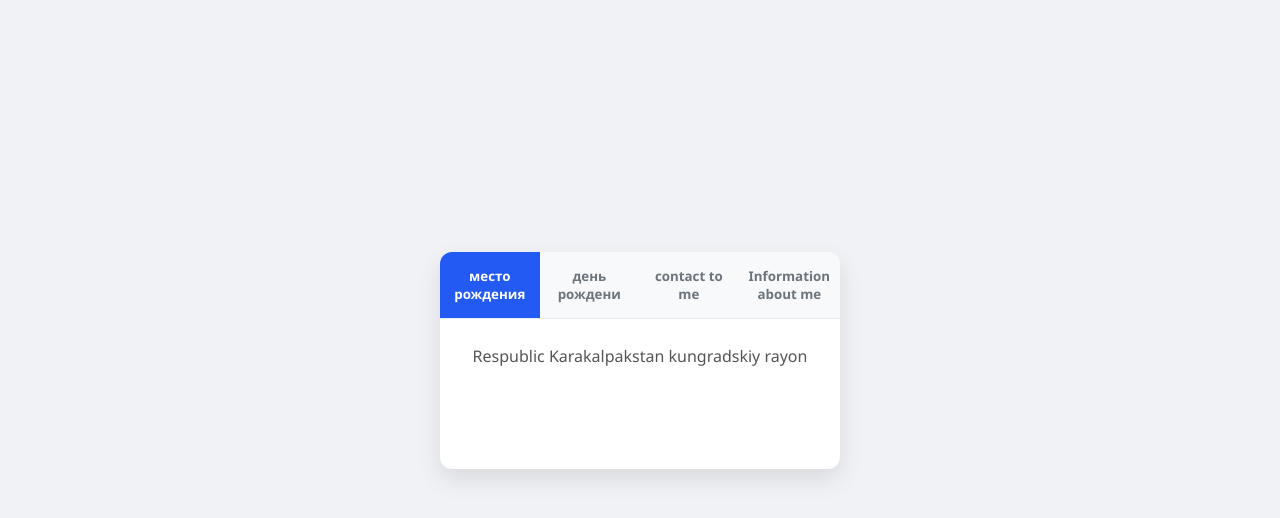
Repository: atamuratov777/info-about-me
Page: index.html
These files come from the project's save history. The page is drawn as it stood at one moment and after a run of saves; the edit follows.
The browser window is 1280 px wide. The pictures show the whole page.

Above is the page before, as saved 2026-06-20 15:07:26.

### index.html
<!DOCTYPE html>
<html lang="en">

<head>
    <link rel="stylesheet" href="./style.css">
    <meta charset="UTF-8">
    <meta name="viewport" content="width=device-width, initial-scale=1.0">
    <title>Document</title>
</head>

<body>

    <div class="card">
        <div class="card_top">
            <button class="btn active" onclick="{clickBtn(1)}">место рождения</button>
            <button class="btn " onclick="{clickBtn(2)}">день рождени</button>
            <button class="btn " onclick="{clickBtn(3)}">contact to me</button>
            <button class="btn " onclick="{clickBtn(4)}">Information about me</button>
        </div>


        <div class="card_bottom">
            <div class="text1 active">

                <p>Respubliс Karakalpakstan kungradskiy rayon</p>
            </div>

            <div class="text1">

                <p> 2011-15-May </p>
            </div>

            <div class="text1">

                <p> my-self(+998 91 098 87 11)
                    my-mom(+998 91 260 12 15)
                my-dad(+998 91 098 04 03)</p>
            </div>

            <div class="text1">

                <p> I study at school 53 and at the IT center.</p>
            </div>
        </div>

        <script src="./script.js"></script>
</body>

</html>

### style.css
* {
    margin: 0;
    padding: 0;
    box-sizing: border-box;
    font-family: 'Segoe UI', Tahoma, Geneva, Verdana, sans-serif;
}

body {
    background-color: #f0f2f5;
    display: flex;
    align-items: center;
    justify-content: center;
    height: 100vh;
}

.card {
    background-color: white;
    width: 400px;
    border-radius: 12px;
    box-shadow: 0 10px 25px rgba(0, 0, 0, 0.1);
    overflow: hidden;
}

.card_top {
    display: grid;
    grid-template-columns: repeat(4, 1fr);
    background-color: #f8f9fa;
    border-bottom: 1px solid #e9ecef;
}

.btn {
    border: none;
    background: none;
    padding: 15px 10px;
    cursor: pointer;
    font-weight: 600;
    color: #6c757d;
    transition: all 0.3s ease;
}

.btn.active {
    background-color: #225af3;
    color: white;
}

.btn:hover:not(.active) {
    background-color: #e9ecef;
}

.card_bottom {
    padding: 25px;
    min-height: 150px;
}

.text1 {
    display: none;
    animation: fadeIn 0.3s ease;
}

.text1.active {
    display: block;
}



.text1 p {
    color: #555;
    line-height: 1.6;
    text-align: center;
    text-shadow: ;
}

@keyframes fadeIn {
    from { opacity: 0; transform: translateY(10px); }
    to { opacity: 1; transform: translateY(0); }
}

### script.js
const btns = document.getElementsByClassName("btn")
const texts = document.getElementsByClassName("text1")

const clickBtn = function (e) {
    btns[0].classList.add("active")
    btns[1].classList.add("active")
    btns[2].classList.add("active")
    btns[3].classList.add("active")
    btns[0].classList.remove("active")
    btns[1].classList.remove("active")
    btns[2].classList.remove("active")
    btns[3].classList.remove("active")
    texts[0].classList.add("active")
    texts[1].classList.add("active")
    texts[2].classList.add("active")
    texts[3].classList.add("active")
    texts[0].classList.remove("active")
    texts[1].classList.remove("active")
    texts[2].classList.remove("active")
    texts[3].classList.remove("active")
    btns[e - 1].classList.add("active")
    texts[e - 1].classList.add("active")

}

After the next 3 saves:
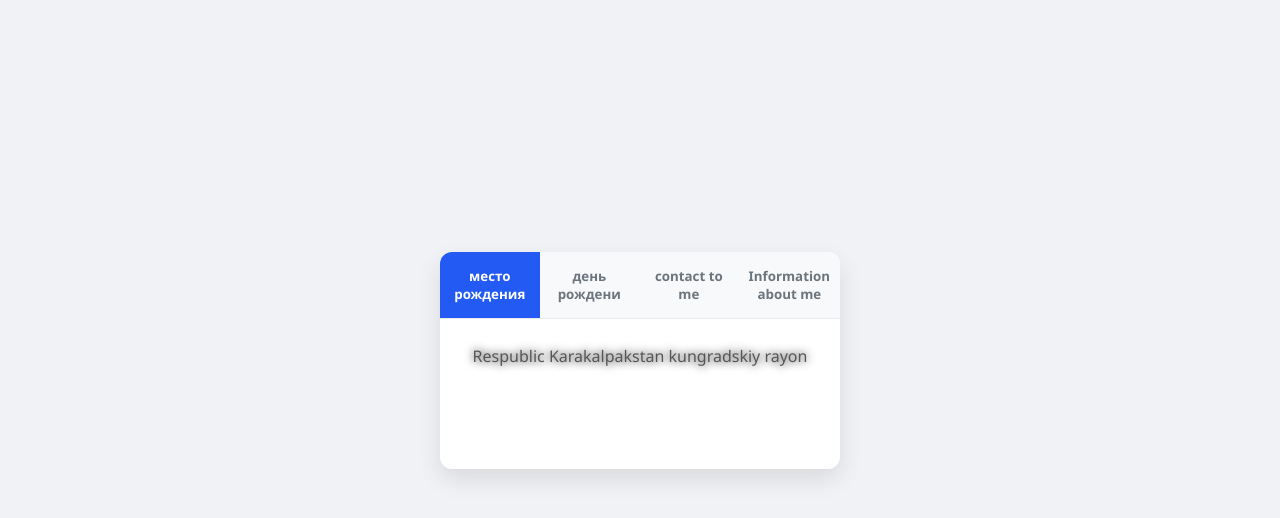
The 3 saves are shown as one change because they came seconds apart.
The last was saved 8 s later.
--- a/style.css
+++ b/style.css
@@ -67,7 +67,7 @@ body {
     color: #555;
     line-height: 1.6;
     text-align: center;
-    text-shadow: ;
+    text-shadow: 0px 0px 10px black;
 }
 
 @keyframes fadeIn {
